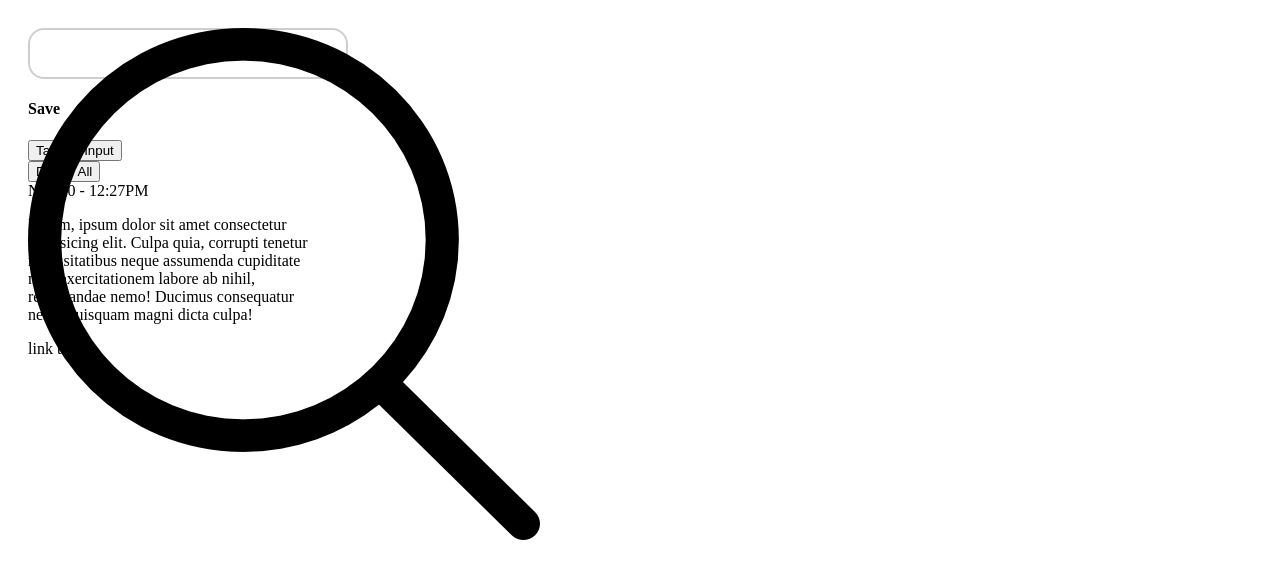
Repository: IdowuMicheal-1/Text-Tab-Organizer
Page: popup.html
The author's editor kept a copy of each file at every save. The page is drawn from the files as they stood at one save, then again after the next save.
The browser window is 1280 px wide. The pictures show the whole page.

Above is the page before, as saved 2025-05-14 09:59:29.

After the next save:
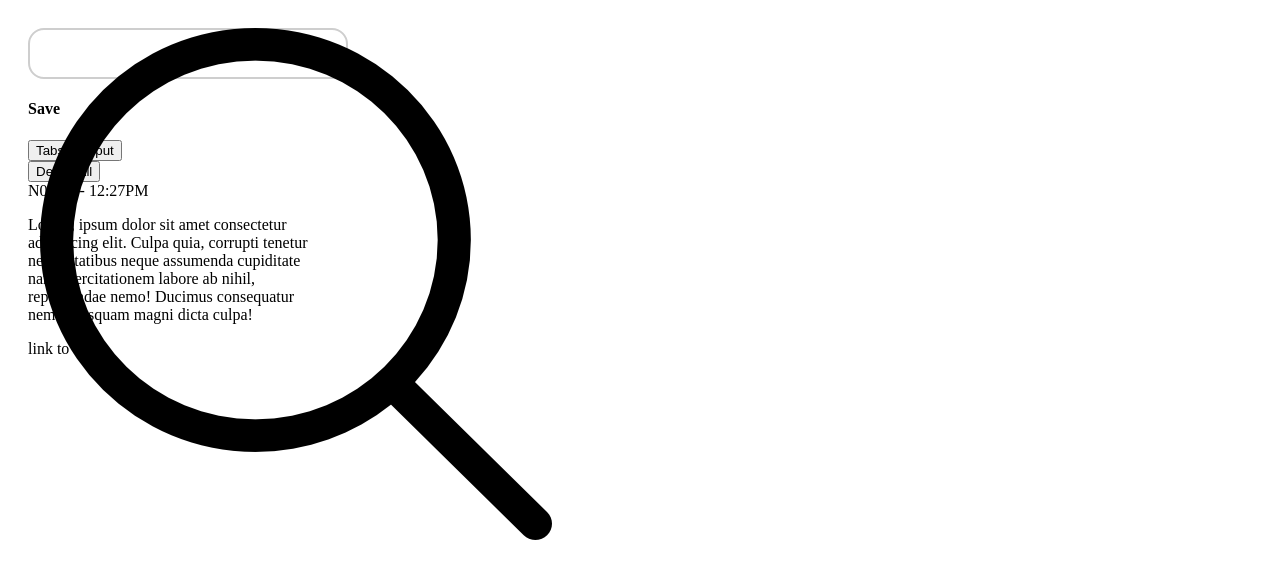
Saved 8 s later.
--- a/popup.css
+++ b/popup.css
@@ -12,7 +12,7 @@ body {
 .search-icon{
     position: absolute;
     top: 0;
-    left: ;
+    left: 12px;
 }
 
 .text-ipt{
